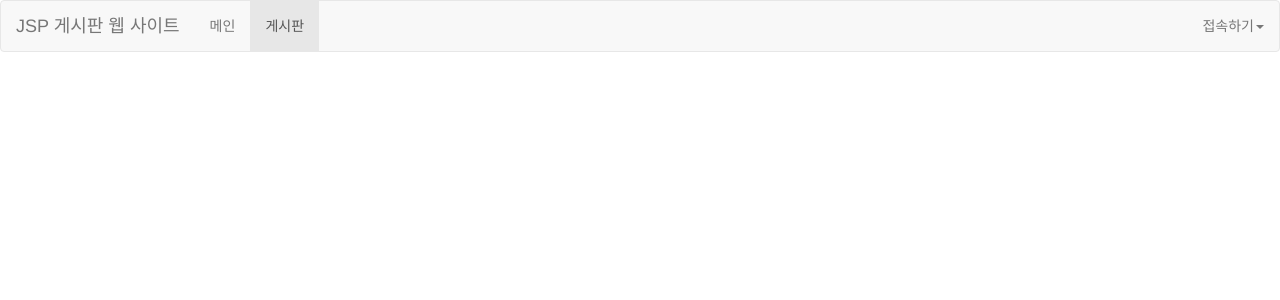
Repository: lihs3443/JSP-Board-System
Page: http://localhost/BBS/bbs.jsp
These files come from the project's save history. The page is drawn as it stood at one moment and after the next save; the edit follows.
The browser window is 1280 px wide. The pictures show the whole page.
Some web libraries are served in a nearby version. The page is served by Tomcat 9.

Above is the page before, as saved 2022-09-19 11:13:00.

After the next save:
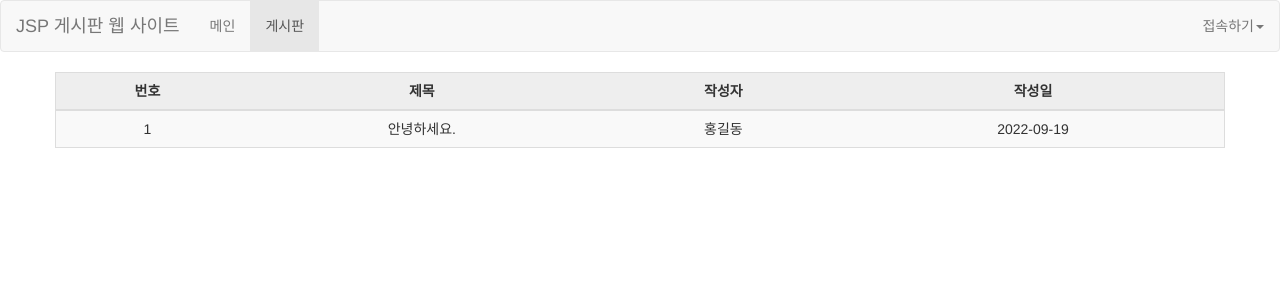
Saved 10 min 14 s later.
--- a/BBS/WebContent/bbs.jsp
+++ b/BBS/WebContent/bbs.jsp
@@ -67,6 +67,28 @@
 			%>
 		</div>
 	</nav>
+	<div class="container">
+		<div class="row"> <!-- table-striped: 2가지 색상이 번갈아가면서 변경됨 -->
+			<table class="table table-striped" style="text-align: center; border: 1px solid #dddddd">
+				<thead> <!-- 테이블 제목부분 (속성부분)-->
+					<tr> <!-- tr: 행 th: 속성-->
+						<th style="background-color: #eeeeee; text-align: center;">번호</th>
+						<th style="background-color: #eeeeee; text-align: center;">제목</th>
+						<th style="background-color: #eeeeee; text-align: center;">작성자</th>
+						<th style="background-color: #eeeeee; text-align: center;">작성일</th>
+					</tr>
+				</thead>
+				<tbody>
+					<tr>
+						<td>1</td>
+						<td>안녕하세요.</td>
+						<td>홍길동</td>
+						<td>2022-09-19</td>
+					</tr>
+				</tbody>
+			</table>
+		</div>
+	</div>
 	<script src="http://code.jquery.com/jquery-3.1.1.min.js"></script>
 	<script src="js/bootstrap.js"></script>
 </body>
